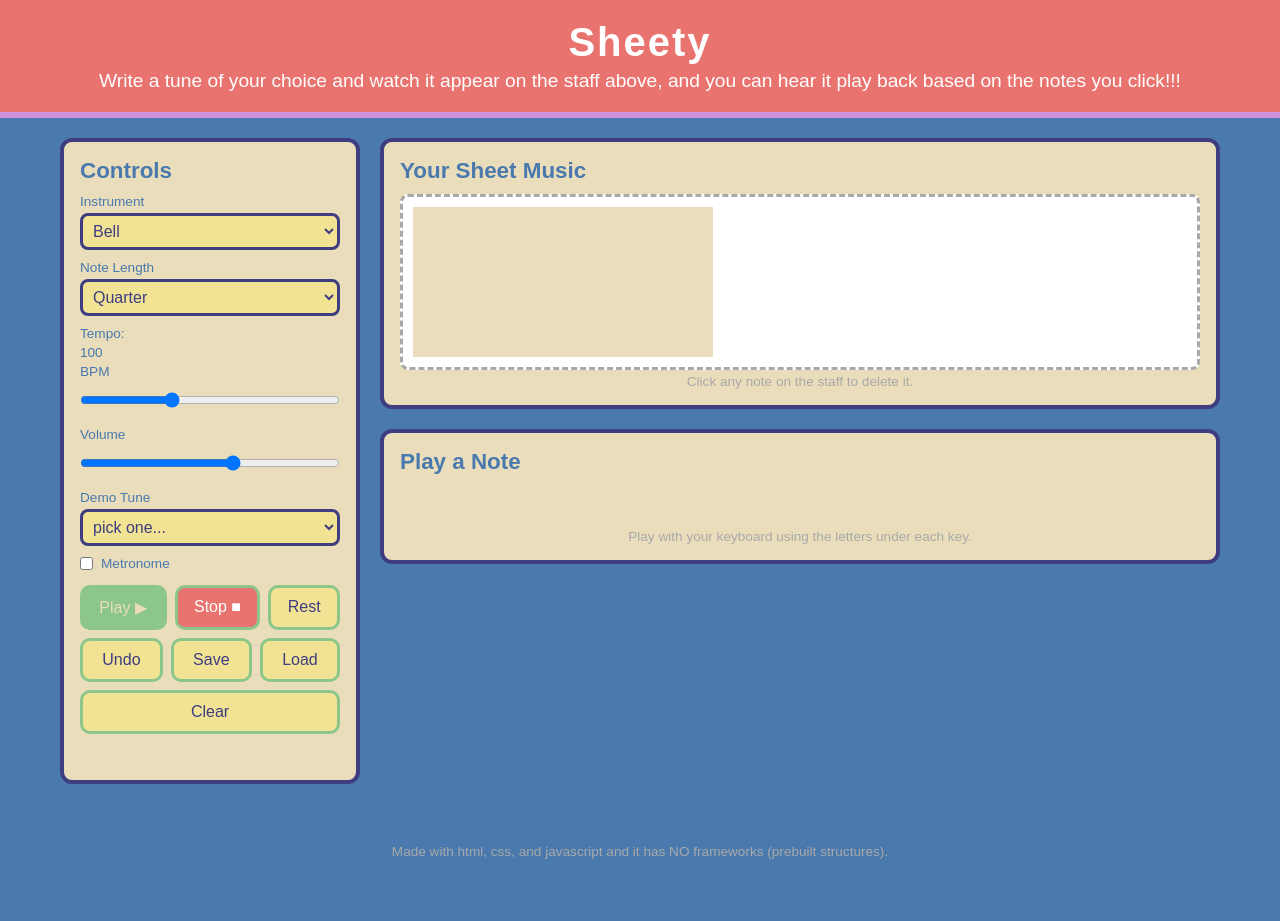
Repository: manayparikh1/sheety
Page: index.html
The author's editor kept a copy of each file at every save. The page is drawn from the files as they stood at one save, then again after the next save.
The browser window is 1280 px wide. The pictures show the whole page.

Above is the page before, as saved 2026-08-23 16:12:58.

### index.html
<!DOCTYPE html>
<html lang="en">

<head>
    <meta charset="UTF-8">
    <title>Sheety</title>
    <style>
        * {
            margin: 0;
            padding: 0;
            box-sizing: border-box;
        }

        :root {
            --cream: #e9ddbb;
            --paper: #ffffff;
            --navy: #3d3d80;
            --red: #e8736f;
            --blue: #4979ad;
            --green: #8dc68b;
            --yellow: #f2e394;
            --orange: #f2ae72;
            --purple: #cd93dd;
            --grey: #a9a9a9;
            --black-key: #494646;
            --line-black: #222222;
        }

        html,
        body {
            background-color: var(--blue);
            font-family: "Comic Neue", "Architects Daughter", "Patrick Hand", "Chalkboard SE", cursive, sans-serif;
            color: var(--paper);
            min-height: 100%;
        }

        header {
            background: var(--red);
            color: var(--paper);
            padding: 19.5px;
            text-align: center;
            border-bottom: 6px solid var(--purple);
        }

        header h1 {
            font-size: 2.5rem;
            letter-spacing: 2px;
        }

        header p {
            margin-top: 5.7px;
            font-size: 1.2rem;
        }

        main {
            max-width: 1000px;
            margin: 0 auto;
            padding: 20px;
        }

        section {
            background: var(--cream);
            border: 4px solid var(--navy);
            border-radius: 12px;
            padding: 16px;
            margin-bottom: 20px;
        }

        section h2 {
            color: var(--blue);
            margin-bottom: 10px;
            font-size: 1.4rem;
        }

        .toolbar {
            display: flex;
            flex-wrap: wrap;
            gap: 14px;
            align-items: center;
        }

        .toolbar-group {
            display: flex;
            flex-direction: column;
            gap: 4px;
        }

        .toolbar-group label {
            font-size: 0.85rem;
            color: var(--grey);
        }

        select,
        input[type="range"] {
            font-family: inherit;
            font-size: 1rem;
            padding: 6px;
            border: 3px solid var(--navy);
            border-radius: 8px;
            background: var(--yellow);
            color: var(--navy);
        }

        button {
            font-family: inherit;
            padding: 10px 16px;
            border-radius: 10px;
            background: var(--yellow);
            font-size: 1rem;
            color: var(--navy);
            cursor: pointer;
            border: 3px solid var(--green);
        }

        button {
            transition:
                background-color 0.2s ease,
                color 0.2s ease,
                transform 0.2s ease,
                box-shadow 0.2s ease;
        }

        button:hover {
            background: var(--yellow);
            color: var(--green);
            transform: translateY(-2px) scale(1.02);
            box-shadow: 0 6px 16px rgba(0, 0, 0, 0.19);
        }

        button:active {
            background: var(--red);
            color: var(--cream)
        }

        button.play-btn {
            background: var(--green);
            color: var(--cream);
        }

        button.play-btn:hover {
            background: var(--navy);
            transform: translateY(-2px);
            box-shadow: 0 4px 12px rgba(0, 0, 0, 0.15);
        }

        button.stop-btn {
            background: var(--red);
            color: var(--paper);
        }

        button.stop-btn:hover {
            background: var(--navy);
            transform: translateY(-2px);
            box-shadow: 0 4px 12px rgba(0, 0, 0, 0.15);
        }

        button.small {
            padding: 6px 10px;
            font-size: 0.85rem;
        }

        #staffWrap {
            overflow-x: auto;
            border: 3px dashed var(--grey);
            border-radius: 8px;
            padding: 10px;
            background: var(--paper);
        }

        svg#staffSvg {
            background: var(--cream);
            display: block;
        }

        .staff-line {
            stroke: var(--line-black);
            stroke-width: 2;
        }

        .bar-line {
            stroke: var(--grey);
            stroke-width: 2;
        }

        .note-head {
            fill: var(--navy);
            stroke: var(--navy);
            stroke-width: 1;
        }

        .note-head.playing {
            fill: var(--red);
            stroke: var(--red);
        }

        .note-stem {
            stroke: var(--navy);
            stroke-width: 2;
        }

        .rest-mark {
            fill: var(--grey);
        }

        .ledger-line {
            stroke: var(--line-black);
            stroke-width: 2;
        }

        .note-label {
            font-size: 10px;
            fill: var(--blue);
            font-family: "Comic Sans MS", cursive, sans-serif;
        }

        .clef-text {
            font-size: 40px;
            fill: var(--navy);
        }

        #piano {
            display: flex;
            justify-content: center;
            padding: 20px 0;
            gap: 2px;
        }

        .white-key {
            width: 44px;
            height: 150px;
            background: var(--paper);
            border: 3px solid var(--purple);
            border-radius: 0 0 8px 8px;
            cursor: pointer;
            display: flex;
            flex-direction: column;
            align-items: center;
            justify-content: flex-end;
            padding-bottom: 8px;
            font-size: 0.75rem;
            color: var(--grey);
            user-select: none;
        }

        .white-key .pitch-label {
            font-size: 0.75rem;
            color: var(--grey);
        }

        .white-key .key-hint {
            margin-top: 4px;
            width: 22px;
            height: 22px;
            line-height: 22px;
            text-align: center;
            border: 2px solid var(--navy);
            border-radius: 6px;
            background: var(--cream);
            color: var(--navy);
            font-size: 0.75rem;
            font-weight: bold;
        }

        .white-key.pressed .key-hint {
            background: var(--green);
            color: var(--cream);
        }

        #keyboardHint {
            margin-top: 4px;
            font-size: 0.85rem;
            color: var(--grey);
            text-align: center
        }

        .white-key:hover {
            background: var(--yellow);
            transform: translateY(-2px);
            box-shadow: 0 4px 12px rgba(0, 0, 0, 0.15);
        }

        .white-key:active,
        .white-key.pressed {
            background: var(--orange);
            color: var(--cream);
        }

        footer {
            text-align: center;
            padding: 20px;
            color: var(--grey);
            font-size: 0.85rem;
        }

        #statusMsg {
            margin-top: 10px;
            font-size: 0.9rem;
            color: var(--green);
            min-height: 20px;
        }

        main {
            max-width: 1200px;
            display: grid;
            grid-template-columns: 300px 1fr;
            gap: 20px;
            align-items: start;
        }

        .controls {
            position: sticky;
            top: 20px;
        }

        @media (max-width: 900px) {
            main {
                grid-template-columns: 1fr;
            }

            .controls {
                position: static;
            }
        }

        .grid2 {
            display: grid;
            gap: 10px;
        }

        .grid2 label {
            display: flex;
            flex-direction: column;
            gap: 4px;
            font-size: 0.85rem;
            color: var(--blue);
        }

        .grid2 label.check {
            flex-direction: row;
            align-items: center;
            gap: 8px;
        }

        .grid2 select,
        .grid2 input[type=range] {
            width: 100%;
        }

        .btns {
            display: flex;
            flex-wrap: wrap;
            gap: 8px;
            margin-top: 14px;
        }

        .btns button {
            flex: 1 1 auto;
        }

        .hollow {
            fill: var(--paper);
            stroke-width: 2.5;
        }

        .playing {
            fill: var(--red) !important;
            stroke: var(--red);
        }

        .note-head,
        .rest-mark {
            cursor: pointer;
        }
    </style>
</head>

<body>
    <header>
        <h1>Sheety</h1>
        <p>Write a tune of your choice and watch it appear on the staff above, and you can hear it play back based on
            the notes you click!!!</p>
    </header>
    <main>
        <section class="controls">
            <h2>Controls</h2>
            <div class="grid2">
                <label>Instrument
                    <select id="wave">
                        <option value="sine">Bell</option>
                        <option value="triangle">Flute-ish</option>
                        <option value="square">Robot</option>
                        <option value="sawtooth">Buzzy</option>
                    </select>
                </label>
                <label>Note Length
                    <select id="dur">
                        <option value="w">Whole</option>
                        <option value="h">Half</option>
                        <option value="q" selected>Quarter</option>
                        <option value="e">Eigth</option>
                    </select>
                </label>
                <label>Tempo: <span id="bpmOut">100</span> BPM
                    <input type="range" id="bpm" min="40" max="220" value="100">
                </label>
                <label>Volume
                    <input type="range" id="vol" min="0" max="100" value="60">
                </label>
                <label> Demo Tune
                    <select id="demo">
                        <option value="">pick one...</option>
                    </select>
                </label>
                <label class="check"><input type="checkbox" id="metro"> Metronome</label>
            </div>
            <div class="btns">
                <button class="play-btn" id="playBtn">Play &#9654;</button>
                <button class="stop-btn" id="stopBtn">Stop &#9632;</button>
                <button id="restBtn">Rest</button>
                <button id="undoBtn">Undo</button>
                <button id="saveBtn">Save</button>
                <button id="loadBtn">Load</button>
                <button id="clearBtn">Clear</button>
            </div>
            <div id="statusMsg"></div>
        </section>
        <div>
            <section>
                <h2>Your Sheet Music</h2>
                <div id="staffWrap"><svg id="staffSvg"></svg>
                </div>
                <div id="keyboardHint">Click any note on the staff to delete it.</div>
            </section>
            <section>
                <h2>Play a Note</h2>
                <div id="piano"></div>
                <div id="keyboardHint">Play with your keyboard using the letters under each key.</div>
            </section>
        </div>
    </main>
    <footer>Made with html, css, and javascript and it has NO frameworks (prebuilt structures).</footer>
    <script>
        const N = "CDEFGAB", S = [0, 2, 4, 5, 7, 9, 11], K = "ASDFGHJKLZXCVB", B = { w: 4, h: 2, q: 1, e: .5 }, $ = i => document.getElementById(i);
        const nm = i => N[i % 7] + (4 + (i / 7 | 0)), P = [...Array(14)].map((_, i) => nm(i)), fq = i => 440 * 2 ** ((60 + 12 * (i / 7 | 0) + S[i % 7] - 69) / 12);
        const D = { "Twinkle Twinkle": "C4q C4q G4q G4q A4q A4q G4h F4q F4q E4q E4q D4q D4q C4h", "Ode to Joy": "E4q E4q F4q G4q G4q F4q E4q D4q C4q C4q D4q E4q E4h D4q D4h", "Mary's Lamb": "E4q D4q C4q D4q E4q E4q E4h D4q D4q D4h E4q G4q G4h" };
        const pr = s => s.split(" ").map(t =>
            ({ i: P.indexOf(t.slice(0, 2)), d: t[2] })
        );
        const sv = $("staffSvg"), AC =
            () => ctx ||= new (window.AudioContext || window.webkitAudioContext), vl = () => $("vol").value / 100;
        let song = pr(D["Twinkle Twinkle"]), ctx, T = [], V = [], go = 0, st, H = {}, KP = {};

        const msg = m => { $("statusMsg").textContent = m; clearTimeout(st); st = setTimeout(() => $("statusMsg").textContent = "", 3500) };
        const led = (x, y) => `<line class="ledger-line" x1=${x = 11} y1=${y} x2=${x + 11} y2=${y}/>`;

        function draw() {
            let R = [[]], b = 0, W = (70 + 20 - 4) * 15 + 60;
            song.forEach((n, g) => {
                if (b + B[n.d] > 16) { R.push([]); b = 0 } R.at(-1).push({ ...n, g }); b += B[n.d]
            });
            sv.setAttribute("width", W); sv.setAttribute("height", R.length * 200);
            sv.innerHTML = R.map((r, ri) => {
                const t = ri * 200 + 40, bo = t + 50 + 5 + 1, bar = x => `<line
     class="bar-line" x1=${x} y1=${t} x2=${x} y2=${bo}/>`;
                let o = [0, 1, 2, 3, 4].map(l => `<line class="staff-line" x1=50 y1=${t + l * 14} x2=${W - 20} y2=${t + l * 14}/>`).join("") + `<text class="clef-text" x=10 y=${bo - 5}>&#119070;</text>` + bar(60), x = 70, c = 0;
                for (const n of r) {
                    if (n.i < 0) o += `<rect class="rest-mark" data-i=${n.g} x=${x - 6} y=${t + 24} width=12 height=8 rx=2/>`;
                    else {
                        const s = n.i - 2, y = bo - s * 7, u = s < 4, sx = x + (u ? 6.5 : -6.5), sy = y + (u ? -32 : 32);
                        for (let k = -2; k >= s; k -= 2)o += led(x, bo - k * 7);
                        for (let k = 10; k <= s; k += 2)o += led(x, bo - k * 7);
                        o += `<ellipse class="note-head${n.d == "w" ? " hollow" : ""}" data-i=${n.g} cx=${x} cy=${y} rx=7 ry=5.5/>` + (n.d == "w" ? "" : `<line class="note-stem" x1=${sx} y1=${y} x2=${sx} y2=${sy}/>` + (n.d == "e" ? `<path class="note-stem" fill=none d="M${sx} ${sy}q10 ${u ? 5 : -5} 6 ${u ? 15 : -15}"/>` : ""));
                    }
                    o += `<text class="note-label" x=${x - 9} y=${bo + 34}>${n.i < 0 ? "rest" : nm(n.i)}</text>`;
                    x += B[n.d] * 55; if ((c += B[n.d]) > 3.99) { o += bar(x - 5); c = 0 }
                }
                return o + bar(W - 25)
            }).join("");
        }
        const tn = (f, t, l, w = $("wave").value, v = vl()) => { const c = AC(), o = new OscillatorNode(c, { type: w, frequency: f }), g = new GainNode(c); g.gain.setValueAtTime(0, t).linearRampToValueAtTime(v, t + .02).exponentialRampToValueAtTime(1e-4, t + l); o.connect(g).connect(c.destination); o.start(t); o.stop(t + l); V.push(o) };
        const clr =
            () => sv.querySelectorAll(".playing").forEach(e => e.classList.remove("playing"));
        const play = () => {
            if (!song.length || go) return
            msg(go ? "Already playing!" : "Nothing to play yet!");
            go = 1; msg("PLAYINGGG..."); const
                c = AC(), bt = 60 / $("bpm").value; let t = c.currentTime + .1;
            song.forEach((n, g) => {
                const l = B[n.d] * bt, ms = (t - c.currentTime) * 1e3;
                if (n.i >= 0) tn(fq(n.i), t, l);
                if ($("metro").checked) for (let k = 0; k < Math.max(1, B[n.d]); k++)tn(1e3, t + k * bt, .05, "square", vl() * .3);
                T.push(setTimeout(() => { clr(); sv.querySelector(`[data-i="${g}"]`)?.classList.add("playing") }, ms)); t += l
            });
            T.push(setTimeout(() => { go = 0; clr(); msg("Finished!") }, (t - c.currentTime) * 1e3))
        };
        const stop = () => { T.map(clearTimeout); T = []; V.map(o => o.stop()); V = []; clr(); go = 0; msg("Stopped.") };
        const hit = i => { song.push({ i, d: $("dur").value }); draw(); const e = $("k" + i); e.classList.add("pressed"); setTimeout(() => e.classList.remove("pressed"), 180); tn(fq(i), AC().currentTime, .35) };

        $("piano").innerHTML = P.map((p, i) => (KP[K[i]] = i, `<div class="white-key" data-i=${i} id=k${i}><span class="pitch-label">${p}</span><span class="key-hint">${K[i]}</span></div>`)).join("");
        $("demo").innerHTML += Object.keys(D).map(n => `<option>${n}</option>`).join("");
        $("demo").onchange = e => e.target.value && (song = pr(D[e.target.value]), draw(), msg("Loaded " + e.target.value));
        $("bpm").oninput = e => $("bpmOut").textContent = e.target.value;
        onkeyup = e => H[e.key.toUpperCase()] = 0;
        onkeydown = e => { if (/^(IN|SE|TE)/.test(document.activeElement.tagName)) return; const k = e.key.toUpperCase(); if (k in KP && !H[k]) H[k] = 1, hit(KP[k]); if (e.code == "Space") e.preventDefault(), go ? stop() : play() };

        const ACT = {
            playBtn: play, stopBtn: stop,
            restBtn: () => (song.push({ i: -1, d: $("dur").value }), draw(), msg("Added a rest.")),
            undoBtn: () => song.length ? (song.pop(), draw(), msg("Undone.")) : msg("Nothing to undo!"),
            clearBtn: () => song.length && confirm("Clear the whole song?") && (song = [], draw(), msg("Fresh start!")),
            saveBtn: () => (localStorage.sheety = JSON.stringify(song), msg("Saved.")),
            loadBtn: () => localStorage.sheety ? (song = JSON.parse(localStorage.sheety), draw(), msg("Loaded.")) : msg("No saved song.")
        };
        document.onclick = e => {
            const k = e.target.closest(".white-key"), i = e.target.dataset.i;
            k ? hit(+k.dataset.i) : i ? (song.splice(+i, 1), draw(), msg("Deleted.")) : ACT[e.target.id]?.()
        };
        draw();

After the next save:
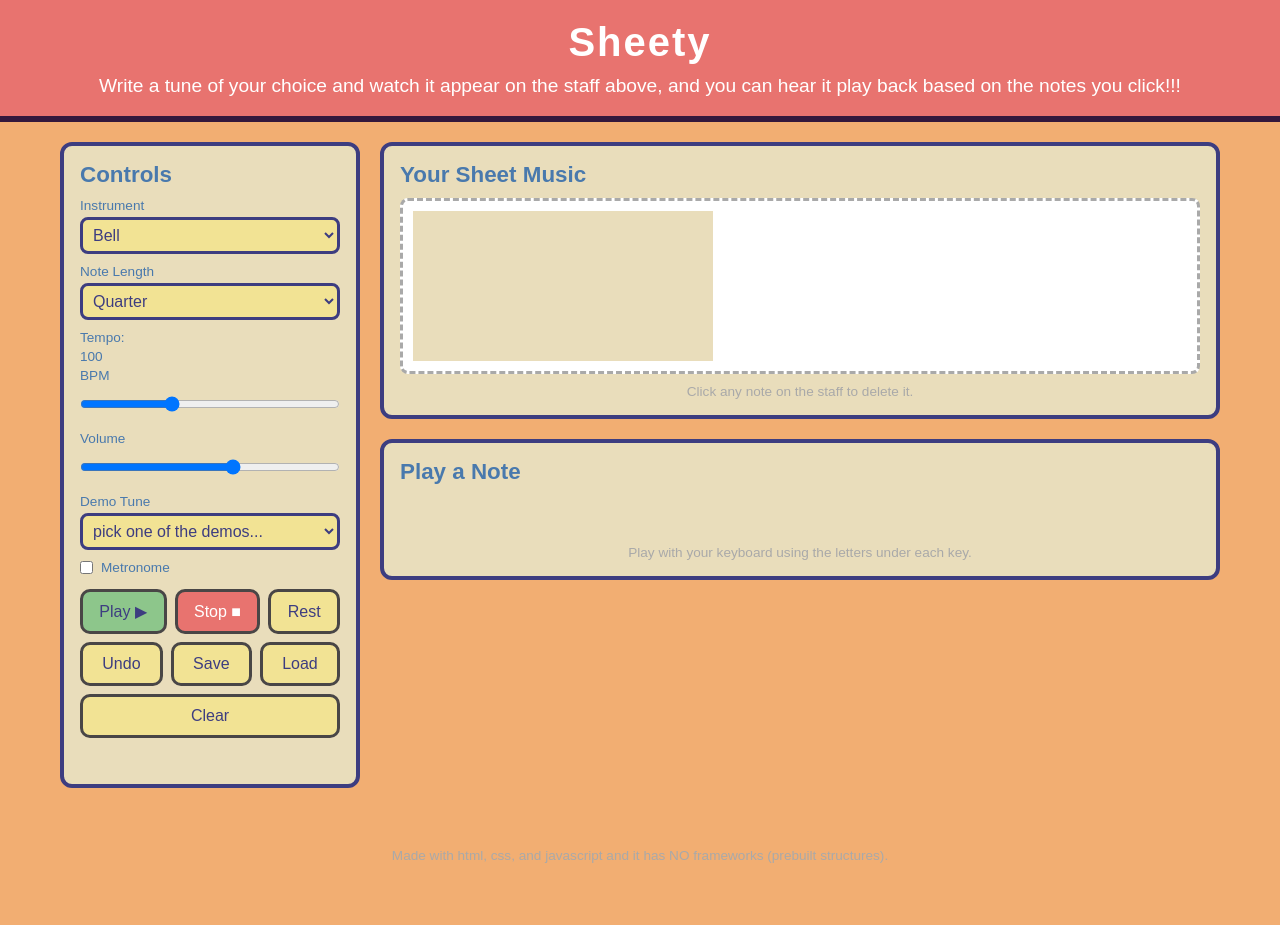
Saved 2 h 2 min later.
--- a/index.html
+++ b/index.html
@@ -20,7 +20,7 @@
             --green: #8dc68b;
             --yellow: #f2e394;
             --orange: #f2ae72;
-            --purple: #cd93dd;
+            --darkpurple: #34183c;
             --grey: #a9a9a9;
             --black-key: #494646;
             --line-black: #222222;
@@ -28,7 +28,7 @@
 
         html,
         body {
-            background-color: var(--blue);
+            background-color: var(--orange);
             font-family: "Comic Neue", "Architects Daughter", "Patrick Hand", "Chalkboard SE", cursive, sans-serif;
             color: var(--paper);
             min-height: 100%;
@@ -39,7 +39,7 @@
             color: var(--paper);
             padding: 19.5px;
             text-align: center;
-            border-bottom: 6px solid var(--purple);
+            border-bottom: 6px solid var(--darkpurple);
         }
 
         header h1 {
@@ -48,7 +48,7 @@
         }
 
         header p {
-            margin-top: 5.7px;
+            margin-top: 10px;
             font-size: 1.2rem;
         }
 
@@ -109,7 +109,7 @@
             font-size: 1rem;
             color: var(--navy);
             cursor: pointer;
-            border: 3px solid var(--green);
+            border: 3px solid var(--black-key);
         }
 
         button {
@@ -122,25 +122,31 @@
 
         button:hover {
             background: var(--yellow);
-            color: var(--green);
-            transform: translateY(-2px) scale(1.02);
-            box-shadow: 0 6px 16px rgba(0, 0, 0, 0.19);
+            color: var(--black-key);
+            transform: translateY(-3px) scale(1.03);
+            box-shadow: 0 8px 20px rgba(0, 0, 0, 0.18);
         }
 
         button:active {
-            background: var(--red);
-            color: var(--cream)
+            transform: translateY(-1px) scale(0.98);
+            box-shadow: 0 4px 10px rgba(0, 0, 0, 0.15);
+
         }
 
         button.play-btn {
             background: var(--green);
-            color: var(--cream);
+            transition:
+                background-color 0.25s ease,
+                transform 0.25s cubic-bezier(0.2, 0.8, 0.2, 1),
+                box-shadow 0.25s ease;
         }
 
         button.play-btn:hover {
-            background: var(--navy);
-            transform: translateY(-2px);
-            box-shadow: 0 4px 12px rgba(0, 0, 0, 0.15);
+            background: var(--green);
+            transform: translateY(-3px) scale(1.03);
+            box-shadow:
+                0 8px 20px rgba(0, 0, 0, 0.18),
+                0 0 0 3px rgba(255, 255, 255, 0.08)
         }
 
         button.stop-btn {
@@ -149,9 +155,9 @@
         }
 
         button.stop-btn:hover {
-            background: var(--navy);
-            transform: translateY(-2px);
-            box-shadow: 0 4px 12px rgba(0, 0, 0, 0.15);
+            background: var(--red);
+            transform: translateY(-2px) scale(1.02);
+            box-shadow: 0 6px 16px rgba(0, 0, 0, 0.19);
         }
 
         button.small {
@@ -229,7 +235,7 @@
             width: 44px;
             height: 150px;
             background: var(--paper);
-            border: 3px solid var(--purple);
+            border: 3px solid var(--darkpurple);
             border-radius: 0 0 8px 8px;
             cursor: pointer;
             display: flex;
@@ -248,7 +254,7 @@
         }
 
         .white-key .key-hint {
-            margin-top: 4px;
+            margin-top: 10px;
             width: 22px;
             height: 22px;
             line-height: 22px;
@@ -267,7 +273,7 @@
         }
 
         #keyboardHint {
-            margin-top: 4px;
+            margin-top: 10px;
             font-size: 0.85rem;
             color: var(--grey);
             text-align: center
@@ -408,7 +414,7 @@
                 </label>
                 <label> Demo Tune
                     <select id="demo">
-                        <option value="">pick one...</option>
+                        <option value="">pick one of the demos...</option>
                     </select>
                 </label>
                 <label class="check"><input type="checkbox" id="metro"> Metronome</label>
